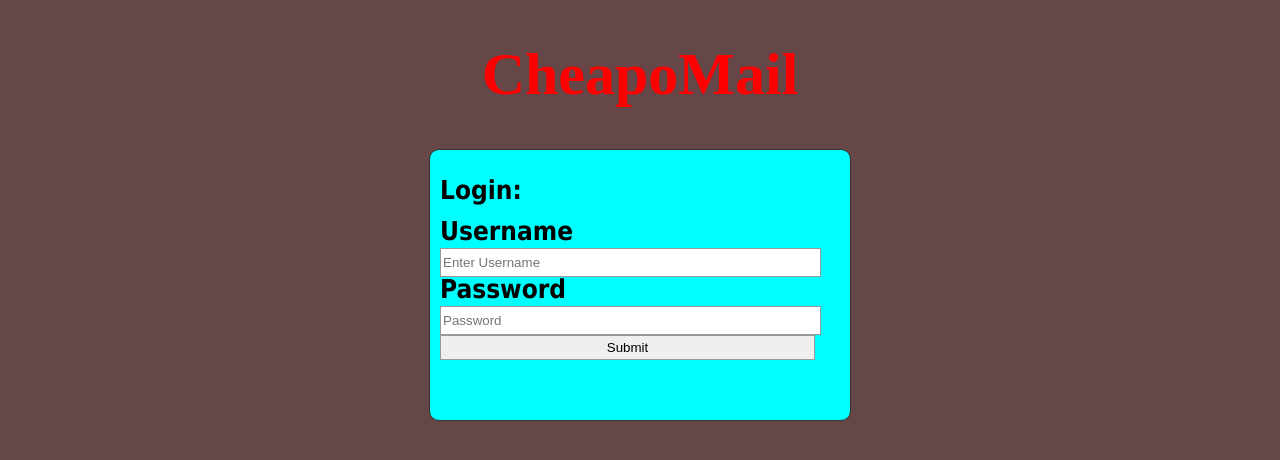
Repository: Wushum/Project-4
Page: cheapomail.html
The author's editor kept a record of every edit. The page is drawn from the files as they stood at one moment, then again after the next edit.
The browser window is 1280 px wide. The pictures show the whole page.

Above is the page before.
Not found: behaviour.js

After the next edit:
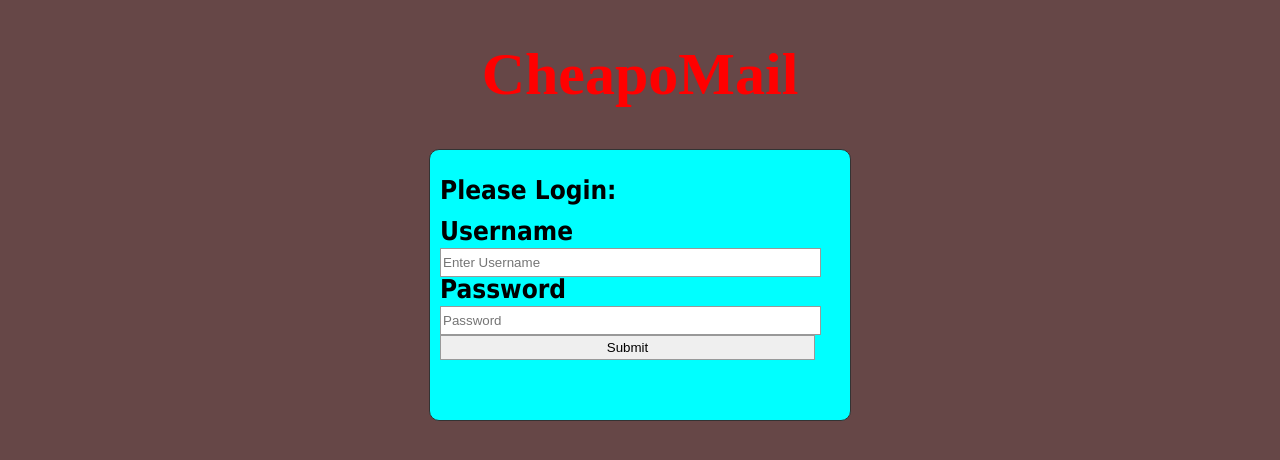
The edit:
--- a/cheapomail.html
+++ b/cheapomail.html
@@ -15,7 +15,7 @@
 		<form id="login-form"  action='action.php?a=login' method='post'>
 
 			<div>
-				<h1>Login:</h1>
+				<h1>Please Login:</h1>
 				<label>
 				<span>Username</span><input id="username" type="text" name="username" placeholder="Enter Username"/>
 				</label>
